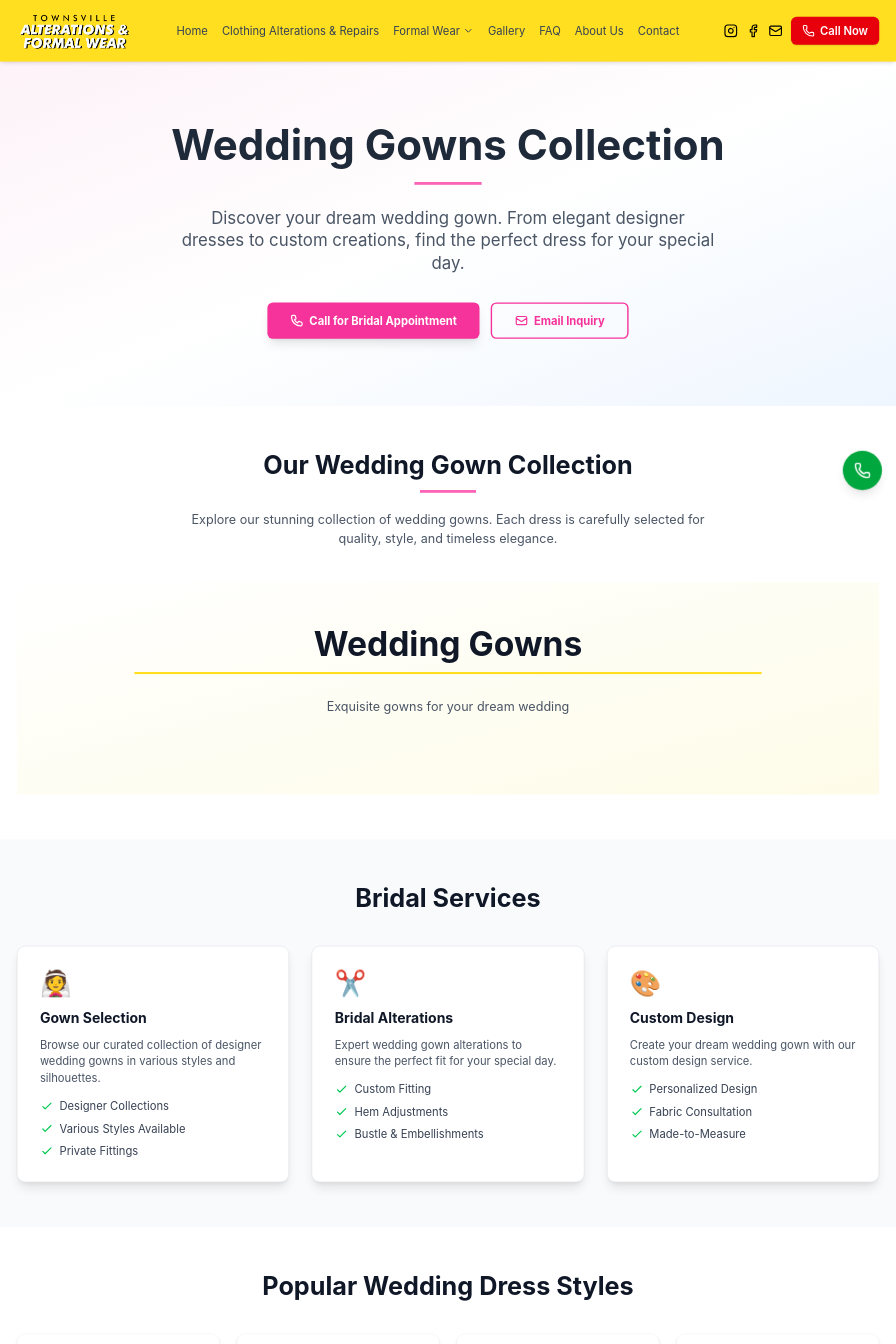
Repository: tarekhasan1/townsville-alteration
Page: /wedding-gowns
These files come from the project's save history. The page is drawn as it stood at one moment and after the next save; the edit follows.
The browser window is 1280 px wide. The pictures show the part of the page from y = 0 to 1920 px (the page is 3701 px tall before and 3801 px after), at 70% of full size.
The page's requests for data from a server got no answer. The project was rebuilt for these pictures with package versions that can differ from the ones it lists, and the page was loaded fresh each time. The framework's server and built-in components were replaced by stand-ins that run in the browser. No one was signed in, and anything a server would have sent is missing. Also part of the build but not shown: next.config.ts.

Above is the page before, as saved 2026-01-31 15:48:39.

After the next save:
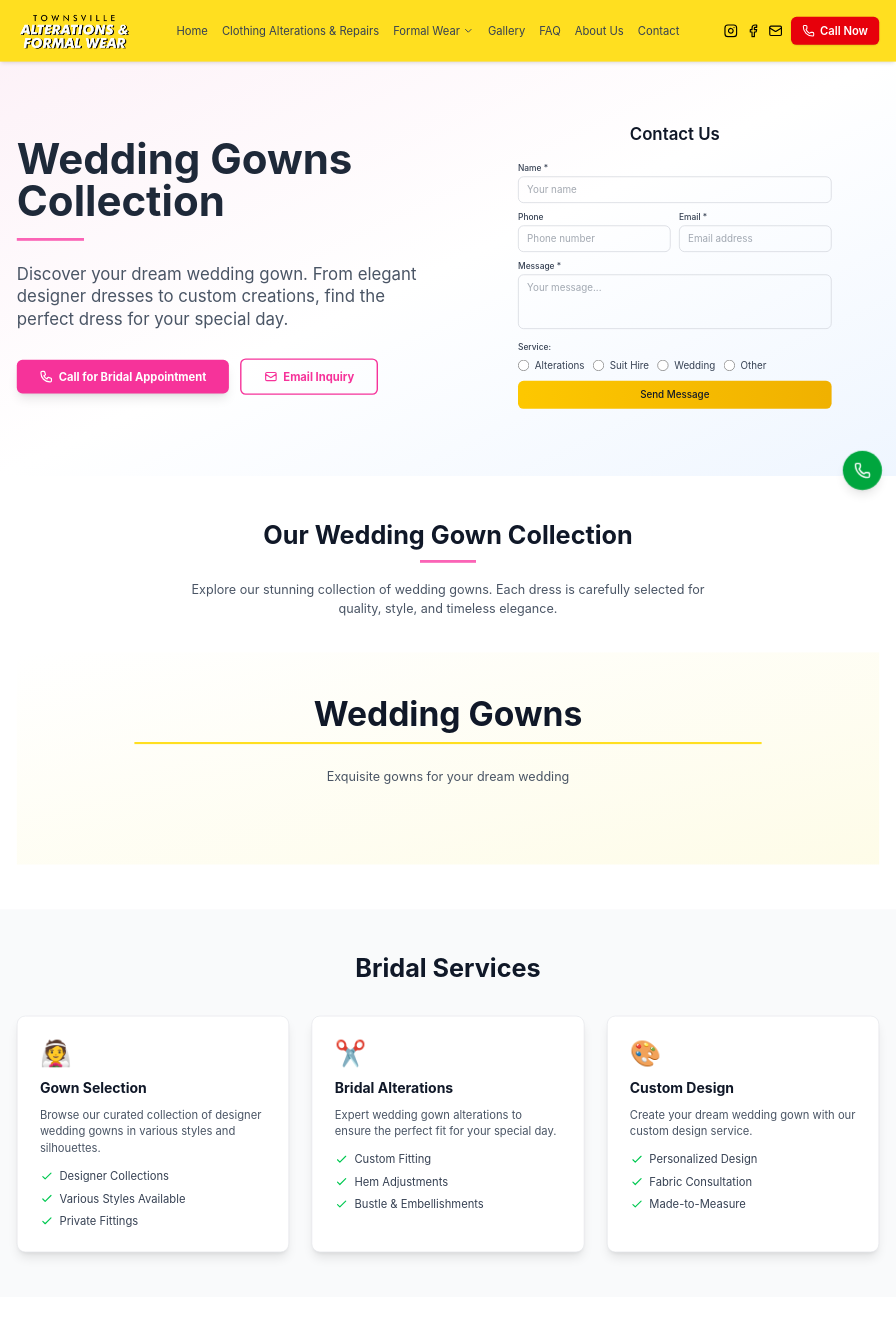
Saved 2 min 4 s later.
--- a/src/app/wedding-gowns/page.tsx
+++ b/src/app/wedding-gowns/page.tsx
@@ -1,6 +1,7 @@
 // app/wedding-gowns/page.tsx
 import { Metadata } from 'next';
 import ImageGallery from '@/components/ImageGallery';
+import ContactForm from '@/components/ContactForm'; // Import the form
 
 export const metadata: Metadata = {
   title: 'Wedding Gowns Collection | Townsville Alterations & Formal Wear',
@@ -33,34 +34,46 @@ export default function WeddingGownsPage() {
     <main className='pt-[80px]'>
       {/* Hero Section */}
       <section className="relative bg-gradient-to-br from-pink-50 via-white to-blue-50 text-gray-800 py-16 md:py-24 px-6">
-        <div className="max-w-7xl mx-auto text-center mtt-[100px]">
-          <h1 className="text-4xl md:text-5xl lg:text-6xl font-bold mb-6">
-            Wedding Gowns Collection
-          </h1>
-          <div className="w-24 h-1 bg-pink-400 mx-auto mb-8"></div>
-          <p className="text-xl md:text-2xl text-gray-600 max-w-3xl mx-auto mb-10">
-            Discover your dream wedding gown. From elegant designer dresses to custom creations,
-            find the perfect dress for your special day.
-          </p>
-          <div className="flex flex-col sm:flex-row gap-4 justify-center">
-            <a
-              href="tel:0421929683"
-              className="inline-flex items-center justify-center bg-pink-500 text-white hover:bg-pink-600 font-bold py-3 px-8 rounded-lg transition-all duration-300 shadow-lg hover:shadow-xl transform hover:-translate-y-1"
-            >
-              <svg className="w-5 h-5 mr-2" fill="none" stroke="currentColor" viewBox="0 0 24 24">
-                <path strokeLinecap="round" strokeLinejoin="round" strokeWidth="2" d="M3 5a2 2 0 012-2h3.28a1 1 0 01.948.684l1.498 4.493a1 1 0 01-.502 1.21l-2.257 1.13a11.042 11.042 0 005.516 5.516l1.13-2.257a1 1 0 011.21-.502l4.493 1.498a1 1 0 01.684.949V19a2 2 0 01-2 2h-1C9.716 21 3 14.284 3 6V5z" />
-              </svg>
-              Call for Bridal Appointment
-            </a>
-            <a
-              href="mailto:tranglecong2014@gmail.com?subject=Wedding Gown Inquiry"
-              className="inline-flex items-center justify-center bg-transparent border-2 border-pink-500 text-pink-500 hover:bg-pink-500 hover:text-white font-bold py-3 px-8 rounded-lg transition-all duration-300"
-            >
-              <svg className="w-5 h-5 mr-2" fill="none" stroke="currentColor" viewBox="0 0 24 24">
-                <path strokeLinecap="round" strokeLinejoin="round" strokeWidth="2" d="M3 8l7.89 5.26a2 2 0 002.22 0L21 8M5 19h14a2 2 0 002-2V7a2 2 0 00-2-2H5a2 2 0 00-2 2v10a2 2 0 002 2z" />
-              </svg>
-              Email Inquiry
-            </a>
+        <div className="max-w-7xl mx-auto">
+          <div className="flex flex-col lg:flex-row gap-10 lg:gap-16 items-center">
+            {/* Left Column */}
+            <div className="lg:w-1/2">
+              <div className="text-center lg:text-left">
+                <h1 className="text-4xl md:text-5xl lg:text-6xl font-bold mb-6">
+                  Wedding Gowns Collection
+                </h1>
+                <div className="w-24 h-1 bg-pink-400 lg:mx-0 mb-8 mx-auto"></div>
+                <p className="text-xl md:text-2xl text-gray-600 mb-10">
+                  Discover your dream wedding gown. From elegant designer dresses to custom creations,
+                  find the perfect dress for your special day.
+                </p>
+                <div className="flex flex-col sm:flex-row gap-4 items-center justify-center lg:justify-start">
+                  <a
+                    href="tel:0421929683"
+                    className="inline-flex items-center justify-center bg-pink-500 text-white hover:bg-pink-600 font-bold py-3 px-8 rounded-lg transition-all duration-300 shadow-lg hover:shadow-xl transform hover:-translate-y-1"
+                  >
+                    <svg className="w-5 h-5 mr-2" fill="none" stroke="currentColor" viewBox="0 0 24 24">
+                      <path strokeLinecap="round" strokeLinejoin="round" strokeWidth="2" d="M3 5a2 2 0 012-2h3.28a1 1 0 01.948.684l1.498 4.493a1 1 0 01-.502 1.21l-2.257 1.13a11.042 11.042 0 005.516 5.516l1.13-2.257a1 1 0 011.21-.502l4.493 1.498a1 1 0 01.684.949V19a2 2 0 01-2 2h-1C9.716 21 3 14.284 3 6V5z" />
+                    </svg>
+                    Call for Bridal Appointment
+                  </a>
+                  <a
+                    href="mailto:tranglecong2014@gmail.com?subject=Wedding Gown Inquiry"
+                    className="inline-flex items-center justify-center bg-transparent border-2 border-pink-500 text-pink-500 hover:bg-pink-500 hover:text-white font-bold py-3 px-8 rounded-lg transition-all duration-300"
+                  >
+                    <svg className="w-5 h-5 mr-2" fill="none" stroke="currentColor" viewBox="0 0 24 24">
+                      <path strokeLinecap="round" strokeLinejoin="round" strokeWidth="2" d="M3 8l7.89 5.26a2 2 0 002.22 0L21 8M5 19h14a2 2 0 002-2V7a2 2 0 00-2-2H5a2 2 0 00-2 2v10a2 2 0 002 2z" />
+                    </svg>
+                    Email Inquiry
+                  </a>
+                </div>
+              </div>
+            </div>
+
+            {/* Right Column - Contact Form */}
+            <div className="lg:w-1/2 text-gray-600">
+              <ContactForm />
+            </div>
           </div>
         </div>
       </section>
